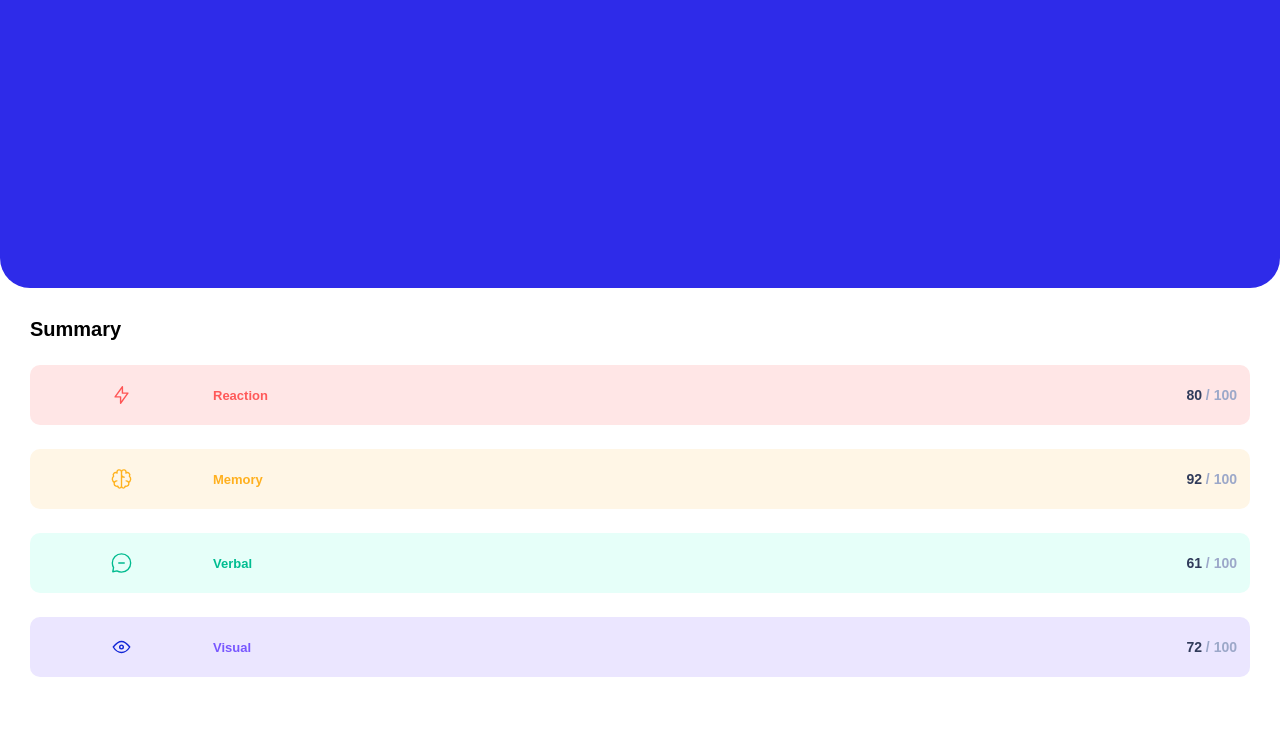
Repository: limaneto/frontend-mentor-results-summary
Page: index.html
An editor plug-in stored every save of this project. The page is shown before and after the next save, followed by the edit.
The browser window is 1280 px wide. The pictures show the whole page.

Above is the page before, as saved 2023-11-06 01:45:42.

After the next save:
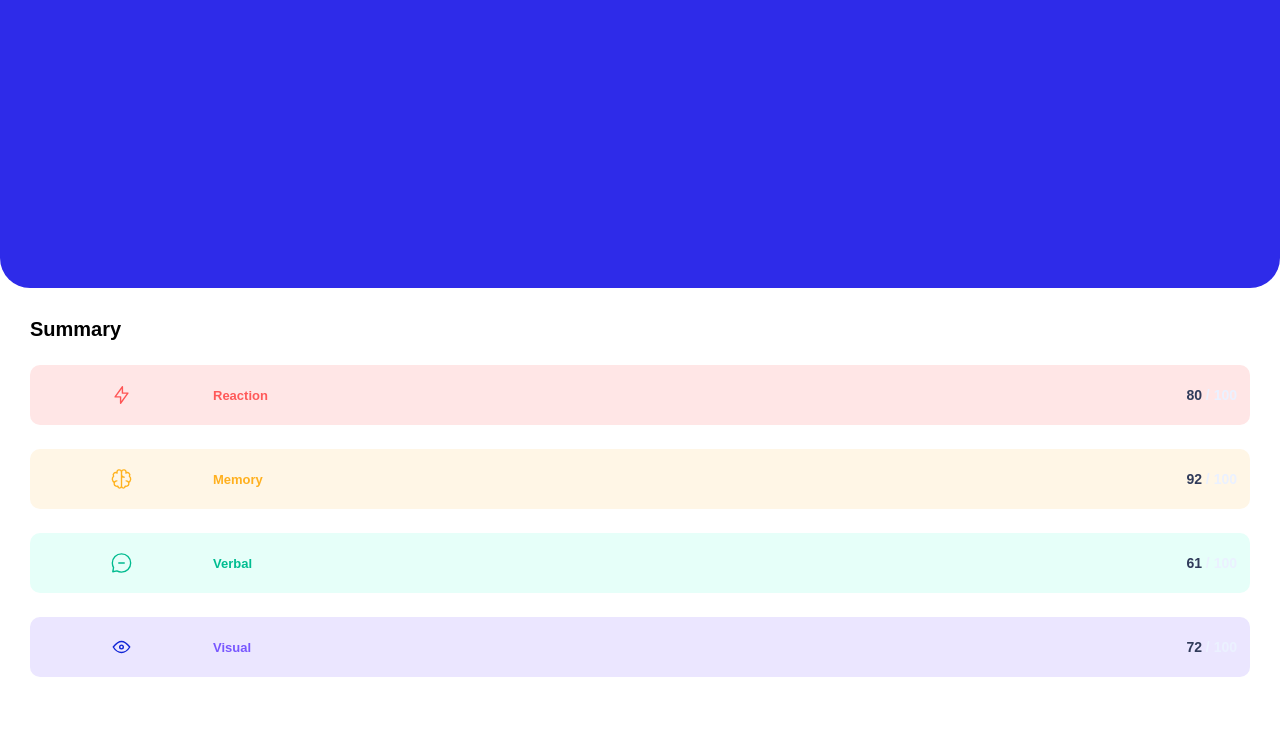
Saved 24 s later.
--- a/style.css
+++ b/style.css
@@ -100,5 +100,5 @@
 }
 
 li > span > span {
-  color: hsl(224, 30%, 70%);
+  color: var(--pale-blue);
 }

After the save that followed:
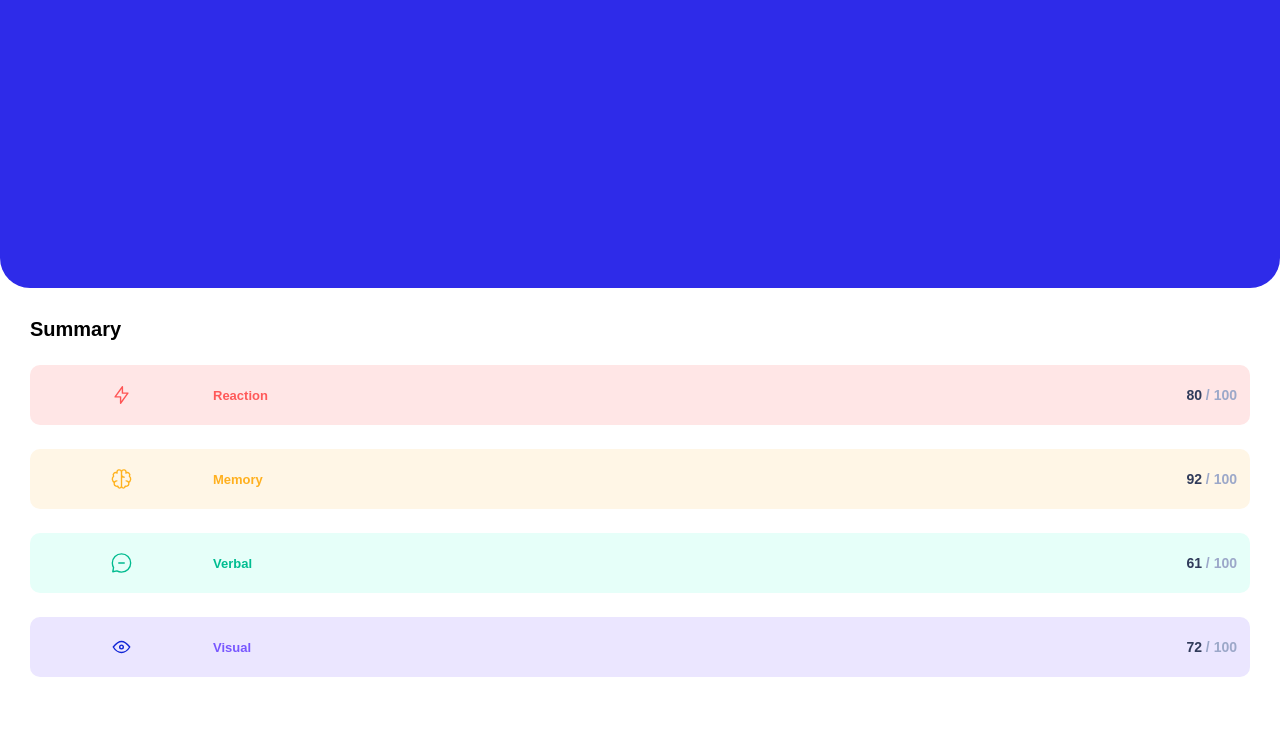
Saved 6 s later.
--- a/style.css
+++ b/style.css
@@ -100,5 +100,5 @@
 }
 
 li > span > span {
-  color: var(--pale-blue);
+  color: hsl(224, 30%, 70%);
 }
